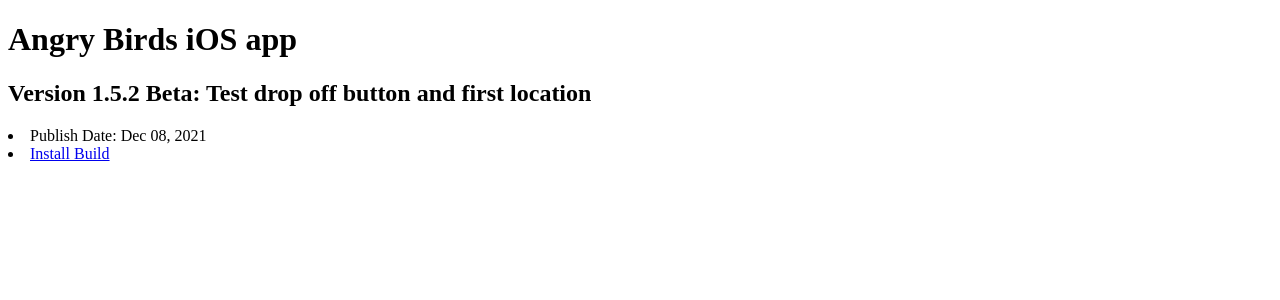
Repository: KhoKhoCrunch/KhoKhoCrunch.github.io
Page: rrplus/index.html
These files come from the project's save history. The page is drawn as it stood at one moment and after the next save; the edit follows.
The browser window is 1280 px wide. The pictures show the whole page.

Above is the page before, as saved 2021-12-18 07:48:45.

### rrplus/index.html
<!DOCTYPE HTML>
<html lang="en-US">
    <head>
      <meta charset="UTF-8">
      <title>Internal Ad hoc Builds</title>
    </head>
    <body>
      <h1>Angry Birds iOS app</h1>
      <h2>Version 1.5.2 Beta: Test drop off button and first location</h2>

        <li>
          Publish Date: Dec 08, 2021
        </li>
        <li>
          <a href="itms-services://?action=download-manifest&url=https://KhoKhoCrunch.github.io/rrplus/manifest.plist">Install Build</a>
        </li>
    </body>
</html>

After the next save:
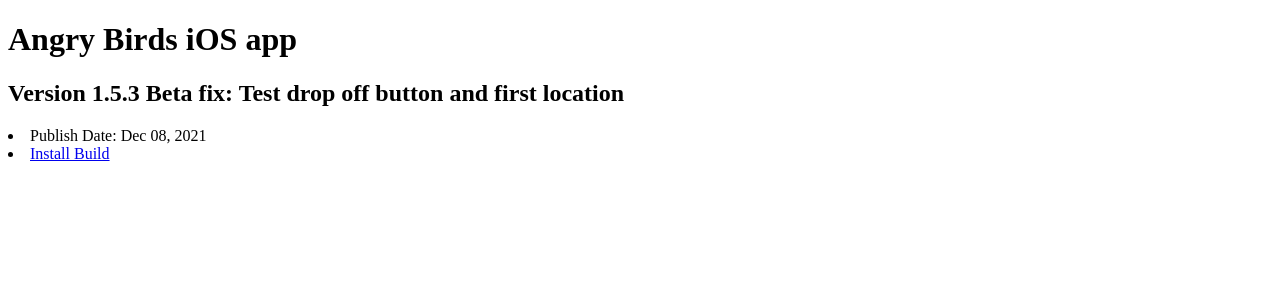
Saved 3 h 20 min later.
--- a/rrplus/index.html
+++ b/rrplus/index.html
@@ -6,7 +6,7 @@
     </head>
     <body>
       <h1>Angry Birds iOS app</h1>
-      <h2>Version 1.5.2 Beta: Test drop off button and first location</h2>
+      <h2>Version 1.5.3 Beta fix: Test drop off button and first location</h2>
 
         <li>
           Publish Date: Dec 08, 2021
